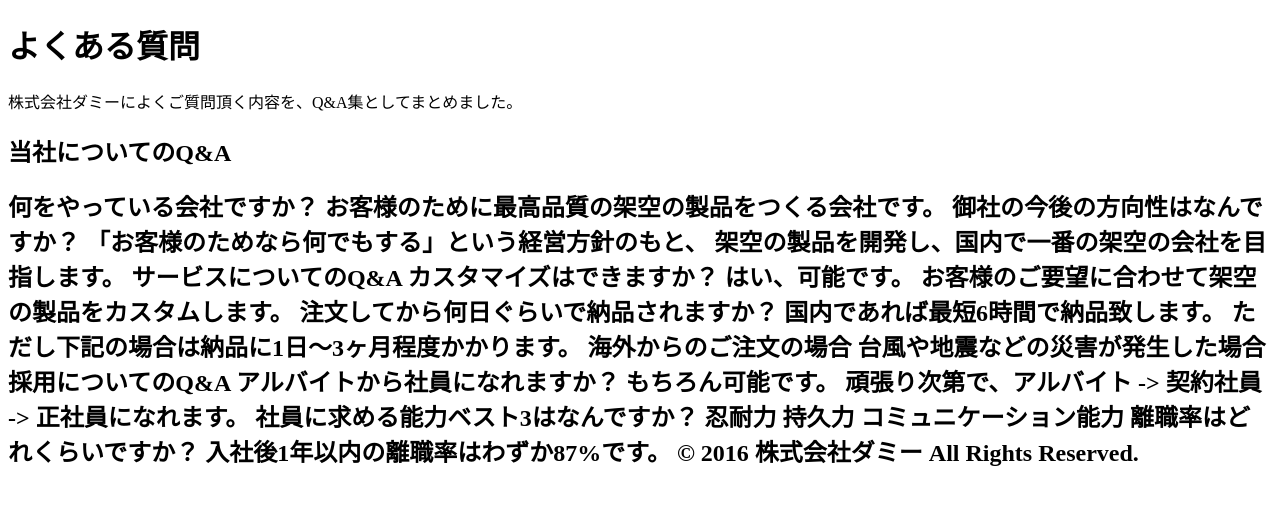
Repository: winc1980/practice-hp2022-wednesday
Page: ruka/practice1.html
These files come from the project's save history. The page is drawn as it stood at one moment and after the next save; the edit follows.
The browser window is 1280 px wide. The pictures show the whole page.

Above is the page before, as saved 2022-05-25 23:52:29.

### ruka/practice1.html
<!DOCTYPE html>
<html lang="ja">
<head>
    <meta charset="UTF-8">
    <meta http-equiv="X-UA-Compatible" content="IE=edge">
    <meta name="viewport" content="width=device-width, initial-scale=1.0">
    <title>よくある質問 | 架空の株式会社ダミー</title>
</head>
<body>
    <h1>
    よくある質問
</h1>
株式会社ダミーによくご質問頂く内容を、Q&A集としてまとめました。

<h2>
当社についてのQ&A
</h2>

<h2>
何をやっている会社ですか？
お客様のために最高品質の架空の製品をつくる会社です。
御社の今後の方向性はなんですか？
「お客様のためなら何でもする」という経営方針のもと、
架空の製品を開発し、国内で一番の架空の会社を目指します。

サービスについてのQ&A

カスタマイズはできますか？
はい、可能です。
お客様のご要望に合わせて架空の製品をカスタムします。
注文してから何日ぐらいで納品されますか？
国内であれば最短6時間で納品致します。
ただし下記の場合は納品に1日〜3ヶ月程度かかります。
海外からのご注文の場合
台風や地震などの災害が発生した場合

採用についてのQ&A
アルバイトから社員になれますか？
もちろん可能です。
頑張り次第で、アルバイト -> 契約社員 -> 正社員になれます。
社員に求める能力ベスト3はなんですか？
忍耐力
持久力
コミュニケーション能力

離職率はどれくらいですか？
入社後1年以内の離職率はわずか87%です。

© 2016 株式会社ダミー All Rights Reserved.
</body>
</html>

After the next save:
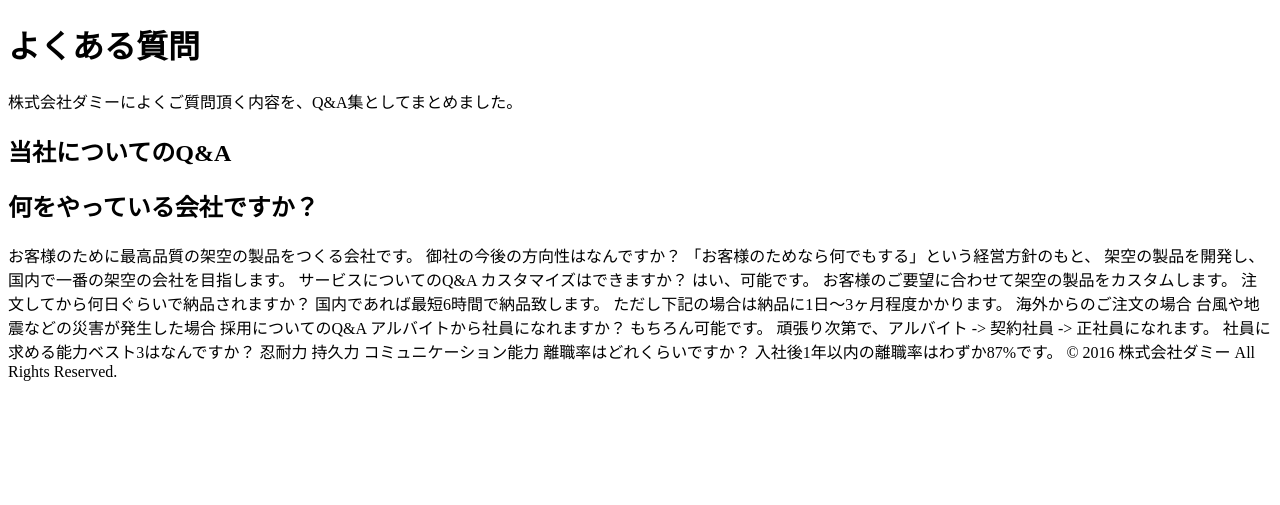
Saved 4 s later.
--- a/ruka/practice1.html
+++ b/ruka/practice1.html
@@ -18,6 +18,7 @@
 
 <h2>
 何をやっている会社ですか？
+</h2>
 お客様のために最高品質の架空の製品をつくる会社です。
 御社の今後の方向性はなんですか？
 「お客様のためなら何でもする」という経営方針のもと、
